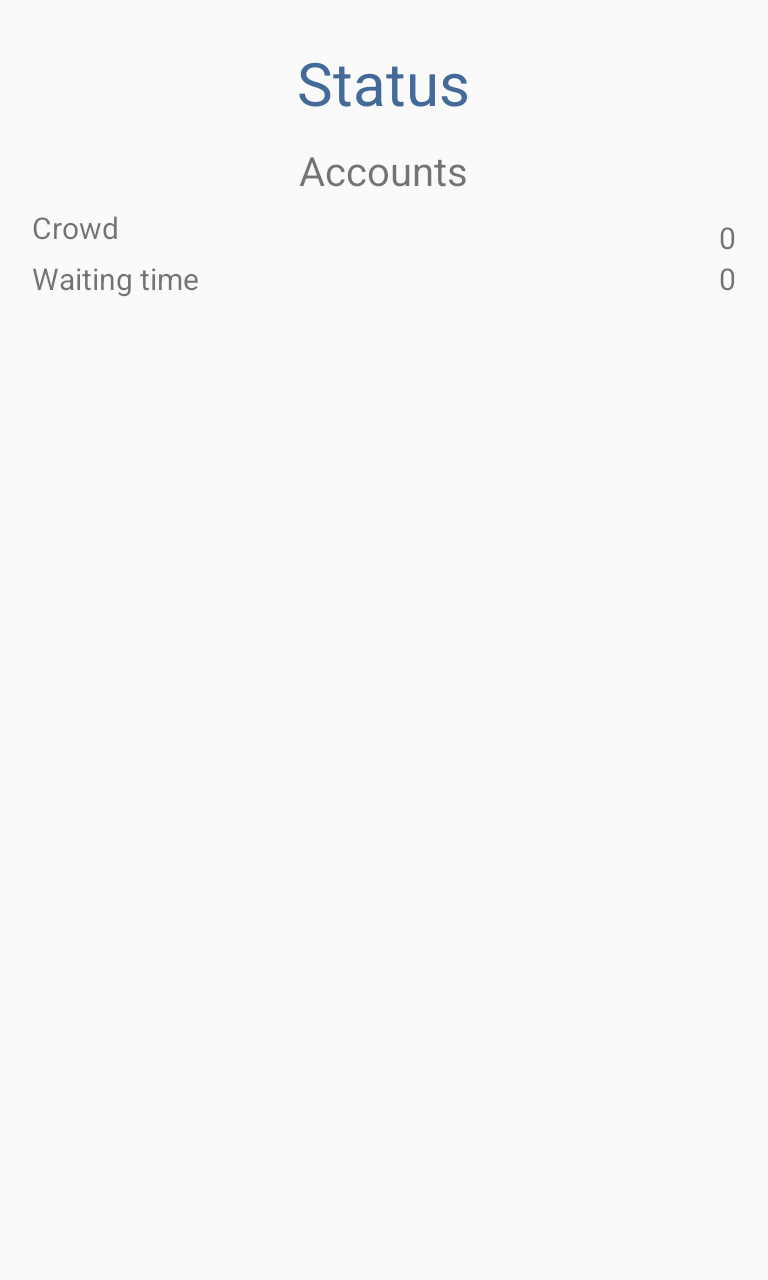
Repository: ag-chirag/brainwaves_enigma
Layout: mobile/Brainwaves/QLess/res/layout/activity_status.xml
The author's editor kept a copy of each file at every save. The layout is drawn from the files as they stood at one save, then again after a run of saves.
It is drawn on a 768 x 1280 px phone screen (xhdpi) without system bars, with theme AppTheme; the app's code is not run.

Above is the layout before, as saved 2014-11-08 18:18:43.

After the next 2 saves:
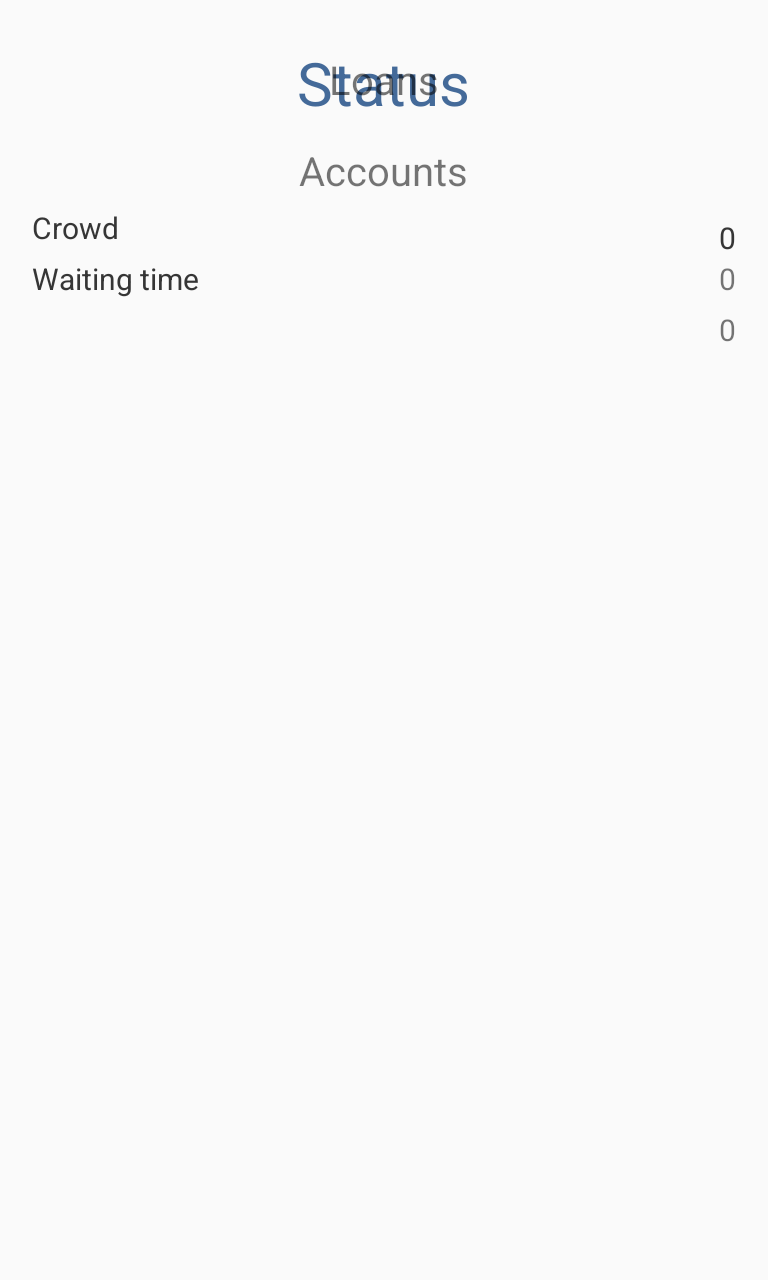
The 2 saves are shown as one change because 1 did not build or start.
The last was saved 3 min 1 s later.
--- a/mobile/Brainwaves/QLess/res/layout/activity_status.xml
+++ b/mobile/Brainwaves/QLess/res/layout/activity_status.xml
@@ -27,6 +27,63 @@
        	android:layout_marginTop="10dp"
        	android:layout_centerHorizontal="true"
        	android:layout_below="@id/heading"
+        android:textSize="20sp"
+        />
+    <TextView
+       	android:layout_width="wrap_content"
+       	android:layout_height="wrap_content"
+       	android:id="@+id/crowd1"
+       	android:text="@string/crowd"
+       	android:layout_below="@id/accounts"
+       	android:layout_marginTop="5dp"
+       	android:gravity="left"
+        android:textSize="15sp"
+        />
+
+    <TextView
+        android:layout_width="wrap_content"
+        android:layout_height="wrap_content"
+        android:id="@+id/customer_number1"
+        android:text="0"
+        android:layout_below="@id/accounts"
+        android:layout_alignParentRight="true"
+        android:layout_marginTop="10dp"
+        android:gravity="right"
+        android:textSize="15sp"
+        />
+
+    <TextView
+       	android:layout_width="wrap_content"
+       	android:layout_height="wrap_content"
+       	android:id="@+id/wait1"
+       	android:text="@string/time"
+       	android:layout_below="@id/crowd1"
+       	android:layout_marginTop="5dp"
+       	android:gravity="left"
+        android:textSize="15sp"
+        />
+
+    <TextView
+        android:layout_width="wrap_content"
+        android:layout_height="wrap_content"
+        android:id="@+id/time_left"
+        android:text="0"
+        android:layout_below="@id/wait1"
+        android:layout_alignParentRight="true"
+        android:layout_marginTop="5dp"
+        android:gravity="right"
+        android:textSize="15sp"
+        />
+
+
+     <TextView
+       	android:layout_width="wrap_content"
+       	android:layout_height="wrap_content"
+       	android:id="@+id/loans"
+       	android:text="@string/loans"
+       	android:layout_marginTop="10dp"
+       	android:layout_centerHorizontal="true"
+       	android:layout_below="@id/"
         android:textSize="20sp"
         />
     <TextView
@@ -74,5 +131,4 @@
         android:gravity="right"
         android:textSize="15sp"
         />
-
 </RelativeLayout>
